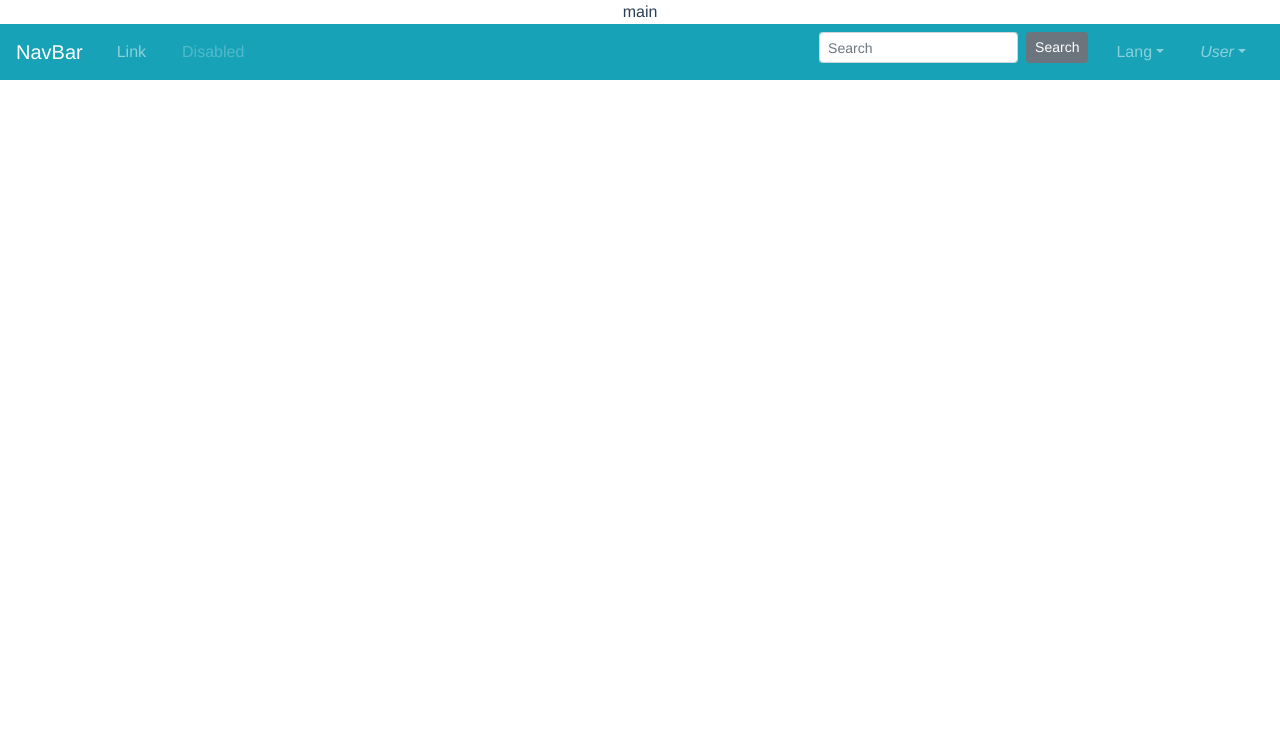
Repository: sqsssq/GatesFinace
Page: /main (app in webview/)
These files come from the project's save history. The page is drawn as it stood at one moment and after the next save; the edit follows.
The browser window is 1280 px wide. The pictures show the whole page.
The project was rebuilt for these pictures with package versions that can differ from the ones it lists, and the page was loaded fresh each time. Also part of the build but not shown: webview/src/components/HelloWorld.vue, webview/src/views/Home.vue.

Above is the page before, as saved 2020-11-03 08:34:48.

After the next save:
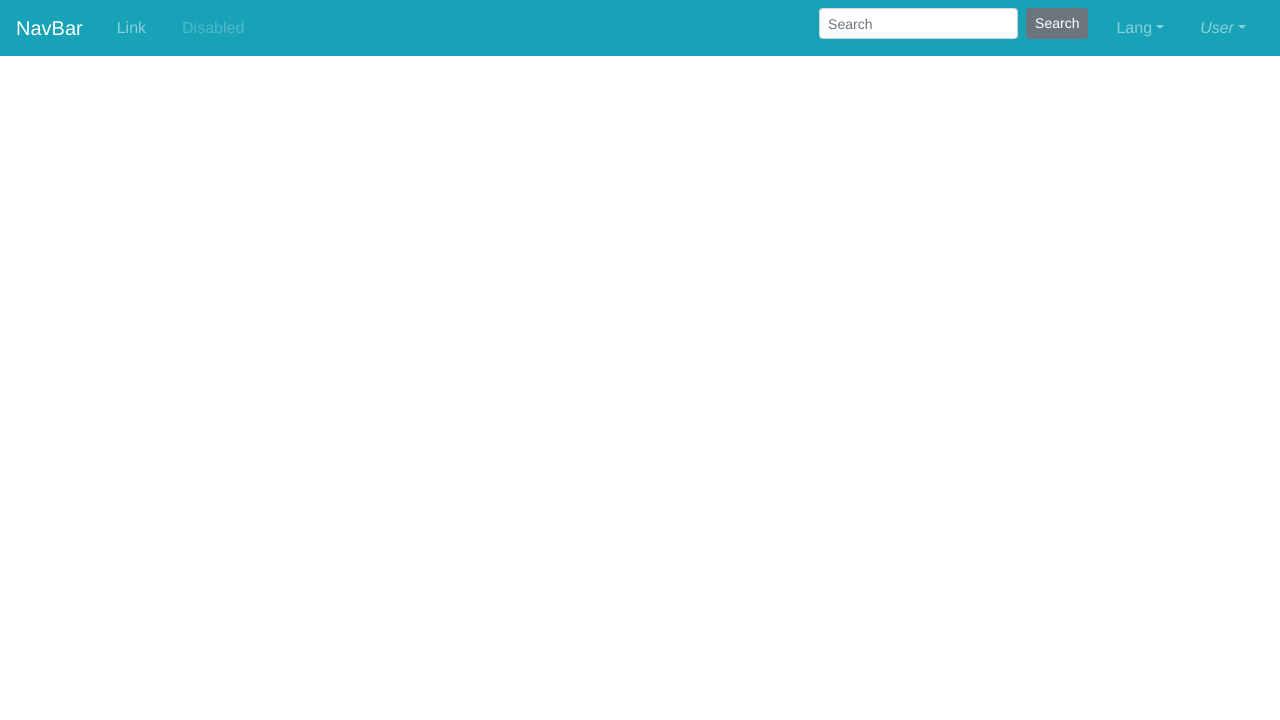
Saved 9 s later.
--- a/webview/src/views/main.vue
+++ b/webview/src/views/main.vue
@@ -8,7 +8,6 @@
 -->
 <template>
   <div class="home" style="height: 100%">
-    main
     <!-- <img alt="Vue logo" src="../assets/logo.png"> -->
     <!-- <HelloWorld msg="Welcome to Your Vue.js App" style="height:100%"/> -->
     <v-nav style="height: 100%" />
